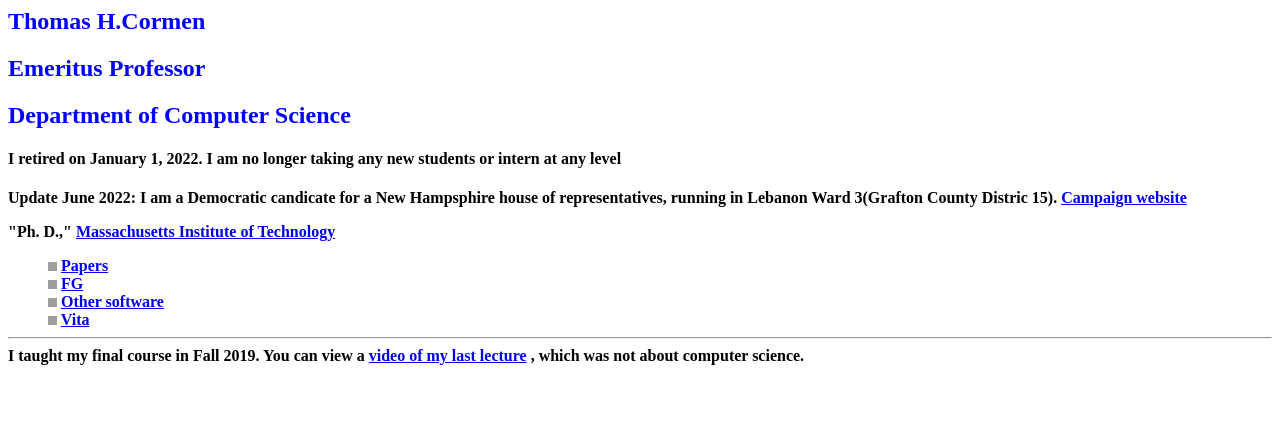
Repository: HoangDuy315/web-dev2022
Page: index.html
An editor plug-in stored every save of this project. The page is shown before and after the next save, followed by the edit.
The browser window is 1280 px wide. The pictures show the whole page.
Pictures or frames that could not be fetched are drawn as grey boxes.

Above is the page before, as saved 2022-09-22 14:21:01.

After the next save:
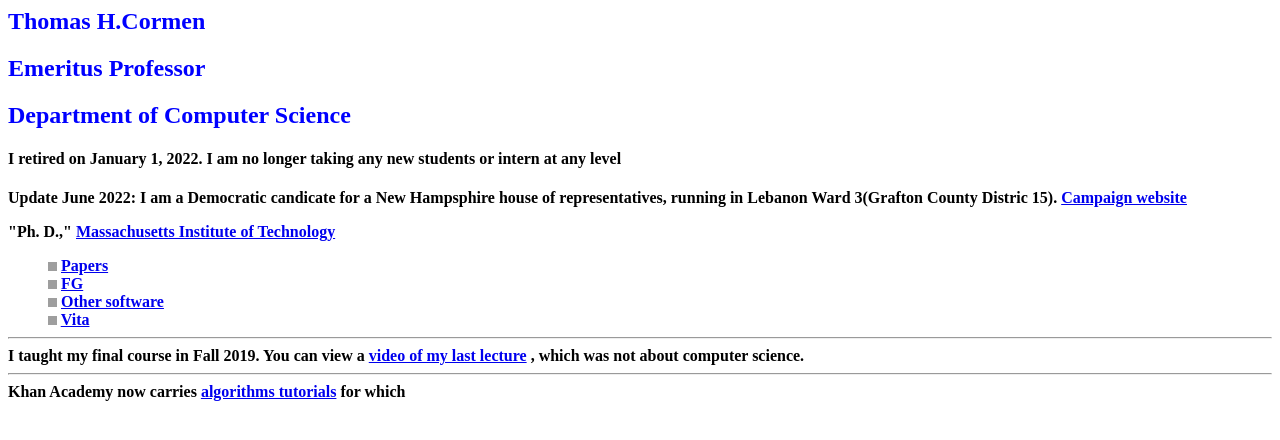
Saved 4 min 46 s later.
--- a/index.html
+++ b/index.html
@@ -42,7 +42,12 @@
         last lecture</a>
         , which was not about computer science.
     </hr>
-
+    <hr>
+        Khan Academy now carries
+        <a href="https://www.khanacademy.org/computing/computer-science/algorithms">algorithms
+        tutorials</a>
+        for which
+    </hr>
 
 </body>
 </html>
